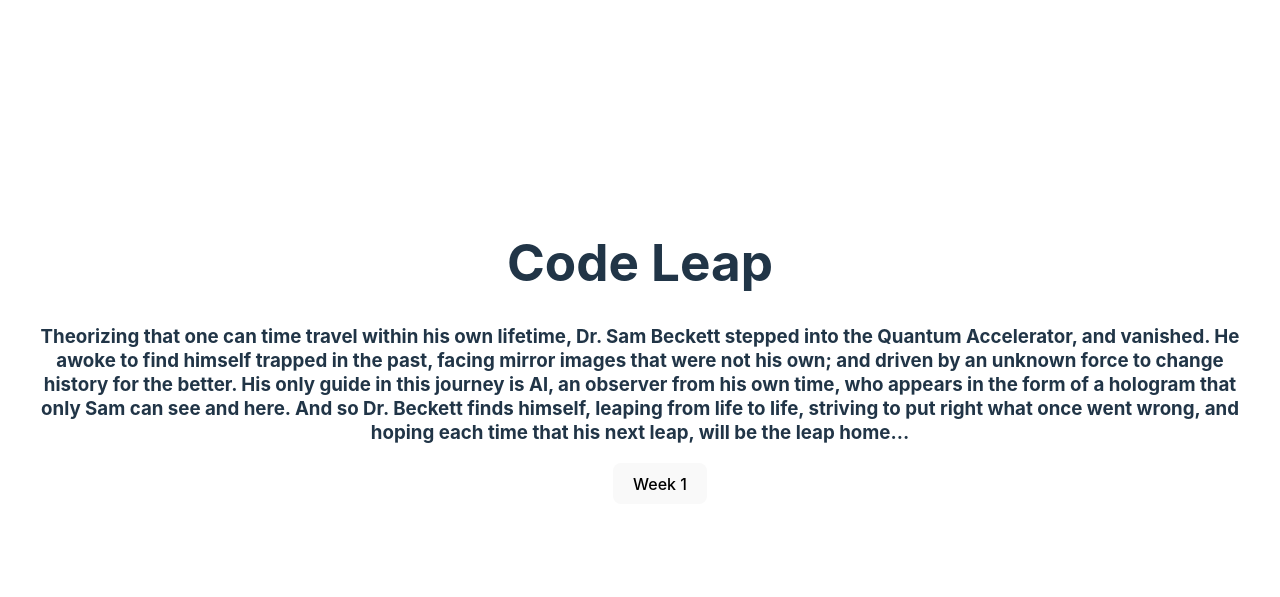
Repository: mplayer78/code-leap
Page: /
The author's editor kept a copy of each file at every save. The page is drawn from the files as they stood at one save, then again after the next save.
The browser window is 1280 px wide. The pictures show the whole page.
The project was rebuilt for these pictures with package versions that can differ from the ones it lists, and the page was loaded fresh each time. Also part of the build but not shown: vite.config.ts.

Above is the page before, as saved 2022-08-31 16:35:16.

After the next save:
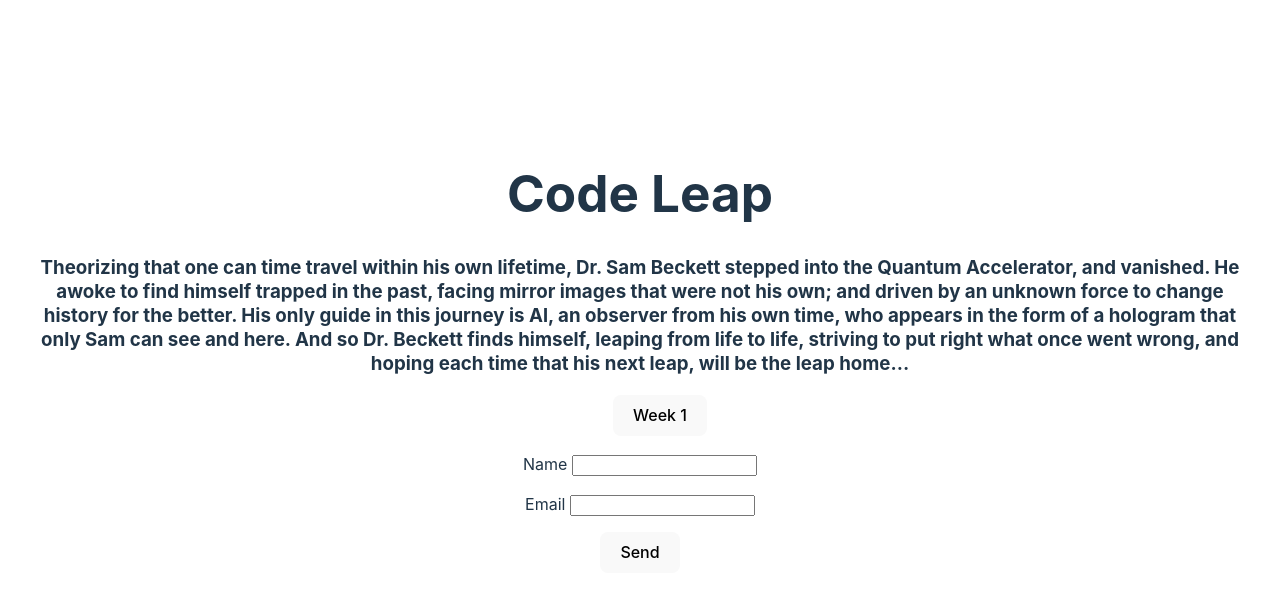
Saved 2 min 41 s later.
--- a/src/components/Challenge.vue
+++ b/src/components/Challenge.vue
@@ -50,6 +50,18 @@
         <button type="submit">Go</button>
     </form>
     <p>{{ message }}</p>
+    <form name="contact" netlify>
+  <p>
+    <label>Name <input type="text" name="name" /></label>
+  </p>
+  <p>
+    <label>Email <input type="email" name="email" /></label>
+  </p>
+  <p>
+    <button type="submit">Send</button>
+  </p>
+</form>
+
   </div>
 </template>
 

After the 2 saves that followed:
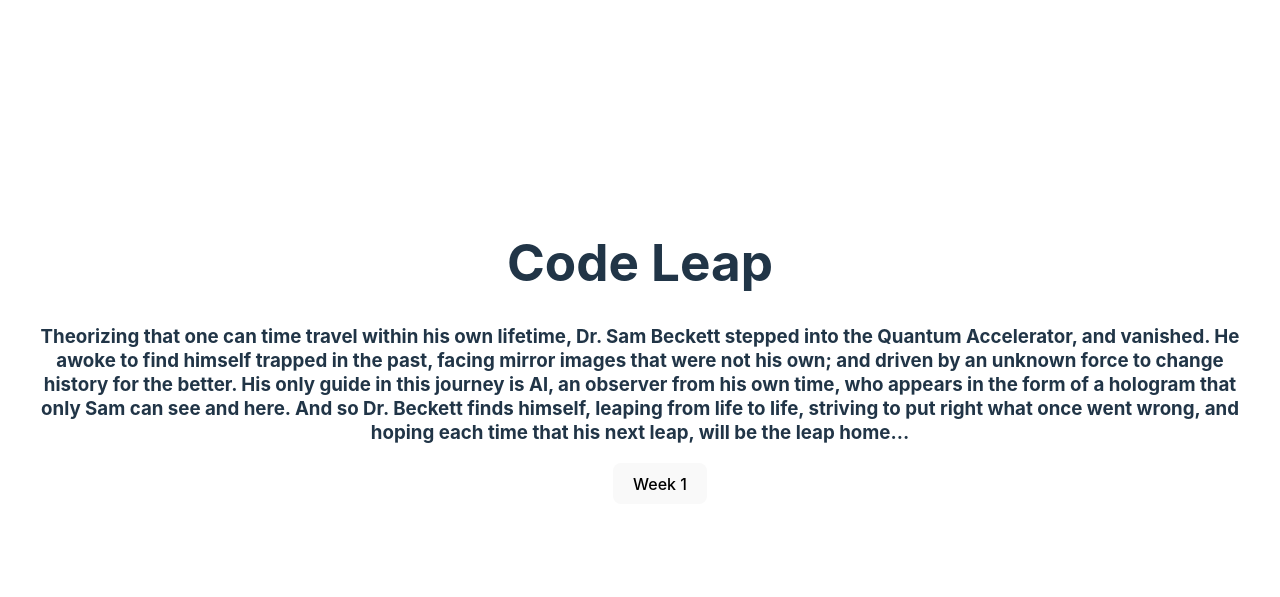
The 2 saves are shown as one change because 1 left the picture as it was.
The last was saved 2 min 13 s later.
--- a/src/components/Challenge.vue
+++ b/src/components/Challenge.vue
@@ -50,18 +50,11 @@
         <button type="submit">Go</button>
     </form>
     <p>{{ message }}</p>
-    <form name="contact" netlify>
-  <p>
-    <label>Name <input type="text" name="name" /></label>
-  </p>
-  <p>
-    <label>Email <input type="email" name="email" /></label>
-  </p>
-  <p>
-    <button type="submit">Send</button>
-  </p>
-</form>
-
+    <form v-if="checkAnswer()" name="contact" netlify>
+    <p>
+        <button type="submit">Send</button>
+    </p>
+    </form>
   </div>
 </template>
 
